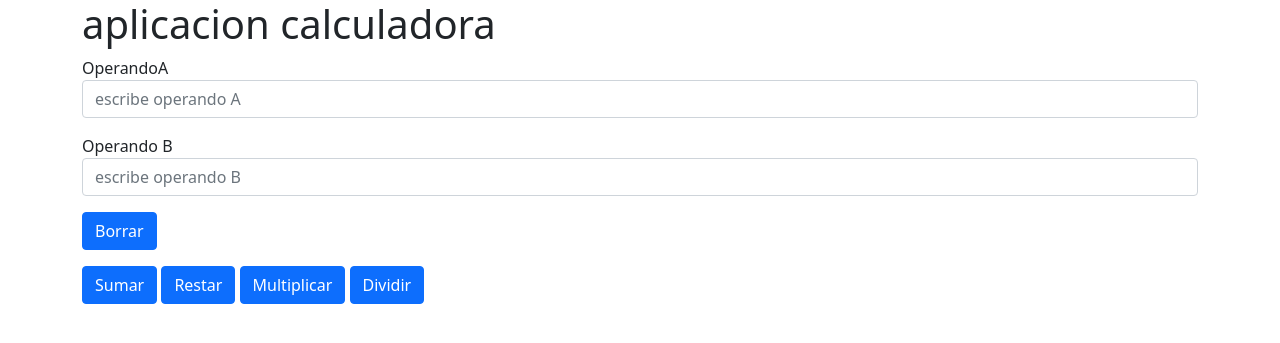
Repository: iwinser117/dw
Page: javascript udemy 43/ejercices/calculadora/index.html
These files come from the project's save history. The page is drawn as it stood at one moment and after the next save; the edit follows.
The browser window is 1280 px wide. The pictures show the whole page.

Above is the page before, as saved 2022-10-02 12:32:49.

### javascript udemy 43/ejercices/calculadora/index.html
<!doctype html>
<html>

<head>
    <meta charset="utf-8">
    <meta name="viewport" content="width=device-width, initial-scale=1">
    <link href="https://cdn.jsdelivr.net/npm/bootstrap@5.1.3/dist/css/bootstrap.min.css" rel="stylesheet"
        integrity="sha384-1BmE4kWBq78iYhFldvKuhfTAU6auU8tT94WrHftjDbrCEXSU1oBoqyl2QvZ6jIW3" crossorigin="anonymous">

    <title>aplicacion calculadora</title>
</head>

<body>
    <div class="container">
        <h1 class="display-3s">aplicacion calculadora</h1>

        <form id="forma">
            <div class="mb-3">
                <label for="operandoA">OperandoA</label>
                <input type="number"  class="form-control" id="operandoA" placeholder="escribe operando A">
            </div>
            <div class="mb-3">
                <label for="operandoB">Operando B</label>
                <input type="number" class="form-control" placeholder="escribe operando B" id="operandoB">
            </div>
            <button class="btn btn-primary mb-3 type="reset" value="Borrar">Borrar</button>
    </form>

    <div class="btn-fcn" >
        <button class="btn btn-primary mb-3" onclick="sumar()">Sumar</button>

        <button class="btn btn-primary mb-3" onclick="restar()">Restar</button>

        <button class="btn btn-primary mb-3" onclick="multiplicar()">Multiplicar</button>

        <button class="btn btn-primary mb-3" onclick="dividir()">Dividir</button>


    </div>


    <div id="resultado"></div>
    <div id="resultadoResta"></div>
    <div id="resultadoMultiplicar"></div>
    <div id="resultadoDivision"></div>


    </div>
    </div>


    <script src="https://cdn.jsdelivr.net/npm/bootstrap@5.1.3/dist/js/bootstrap.bundle.min.js"
        integrity="sha384-ka7Sk0Gln4gmtz2MlQnikT1wXgYsOg+OMhuP+IlRH9sENBO0LRn5q+8nbTov4+1p"
        crossorigin="anonymous"></script>
    <script src="js/app.js"></script>
</body>

</html>

### javascript udemy 43/ejercices/calculadora/js/app.js
const forma = document.getElementById(`forma`);
let operandoA = forma[`operandoA`];
let operandoB = forma[`operandoB`];




function sumar(){
    let resultado = parseInt(operandoA.value) + parseInt(operandoB.value);
    if (isNaN(resultado))
        resultado = `la operacion le faltan numeros`;
    document.getElementById(`resultado`).innerHTML = `resultado de la suma es : ${resultado}`;
    console.log(`resultado de la suma es : ${resultado}`);
}



function restar(){
    let resultadoResta = parseInt(operandoA.value) - parseInt(operandoB.value);
    if (isNaN(resultadoResta))
        resultadoResta = `la operacion le faltan numeros`;
    document.getElementById(`resultadoResta`).innerHTML = `resultado de la resta es : ${resultadoResta}`;
    console.log(`resultado de la resta es : ${resultadoResta}`);
}
function multiplicar(){
    let resultadoMultiplicar = parseInt(operandoA.value) * parseInt(operandoB.value);
    if (isNaN(resultadoMultiplicar))
        resultadoMultiplicar = `la operacion le faltan numeros`;
    document.getElementById(`resultadoMultiplicar`).innerHTML = `resultado de la multiplicacion es : ${resultadoMultiplicar}`;
    console.log(`resultado de la multiplicacion es : ${resultadoMultiplicar}`);
}

function dividir(){
    let resultadoDivision= parseInt(operandoA.value) / parseInt(operandoB.value);
    if (isNaN(resultadoDivision))
        resultadoDivision = `la operacion le faltan numeros`;
    document.getElementById(`resultadoDivision`).innerHTML = `resultado de la division es : ${resultadoDivision}`;
    console.log(`resultado de la division es : ${resultadoDivision}`);
}

After the next save:
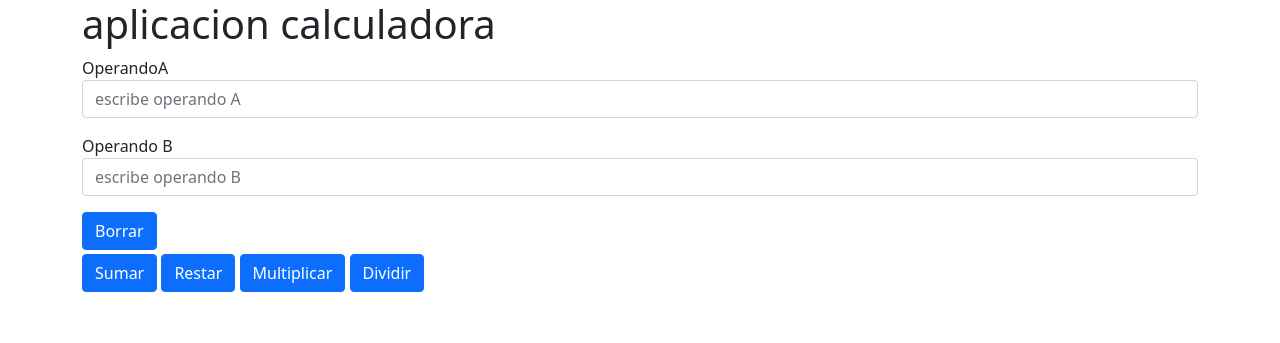
Saved 10 s later.
--- a/javascript udemy 43/ejercices/calculadora/index.html
+++ b/javascript udemy 43/ejercices/calculadora/index.html
@@ -23,7 +23,7 @@
                 <label for="operandoB">Operando B</label>
                 <input type="number" class="form-control" placeholder="escribe operando B" id="operandoB">
             </div>
-            <button class="btn btn-primary mb-3 type="reset" value="Borrar">Borrar</button>
+            <button class="btn btn-primary mb-1 type="reset" value="Borrar">Borrar</button>
     </form>
 
     <div class="btn-fcn" >
